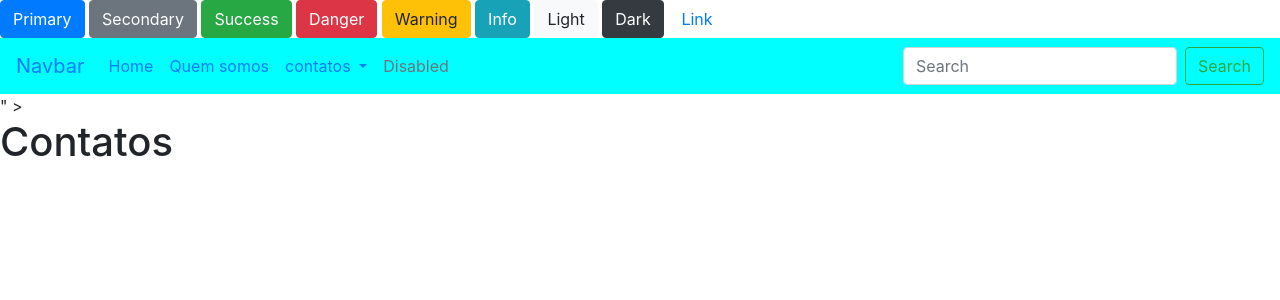
Repository: DaniloBaracho/bootstrap
Page: index.html
An editor plug-in stored every save of this project. The page is shown before and after the next save, followed by the edit.
The browser window is 1280 px wide. The pictures show the whole page.

Above is the page before, as saved 2020-05-31 17:15:52.

### index.html
<!DOCTYPE html>
<html lang="pt-br">
    <head>
        <meta charset="utf-8">
        <title>
            Usando bootstrap
        </title>
        <link rel="stylesheet", type="text/css", href="bootstrap/css/bootstrap.min.css">
        <link rel="stylesheet", type="text/css", href="css/style.css">
    </head>
    <body>
        <button type="button" class="btn btn-primary">Primary</button>
        <button type="button" class="btn btn-secondary">Secondary</button>
        <button type="button" class="btn btn-success">Success</button>
        <button type="button" class="btn btn-danger">Danger</button>
        <button type="button" class="btn btn-warning">Warning</button>
        <button type="button" class="btn btn-info">Info</button>
        <button type="button" class="btn btn-light">Light</button>
        <button type="button" class="btn btn-dark">Dark</button>
        <button type="button" class="btn btn-link">Link</button>
        <nav class="navbar navbar-expand-lg">
            <a class="navbar-brand" href="#">Navbar</a>
            <button class="navbar-toggler" type="button" data-toggle="collapse" data-target="#navbarSupportedContent" aria-controls="navbarSupportedContent" aria-expanded="false" aria-label="Toggle navigation">
              <span class="navbar-toggler-icon"></span>
            </button>

            <div class="collapse navbar-collapse" id="navbarSupportedContent">
              <ul class="navbar-nav mr-auto">
                <li class="nav-item active">
                  <a class="nav-link" href="#">Home <span class="sr-only">(current)</span></a>
                </li>
                <li class="nav-item">
                  <a class="nav-link" href="#">Quem somos</a>
                </li>
                <li class="nav-item dropdown">
                  <a class="nav-link dropdown-toggle" href="contatos" id="navbarDropdown" role="button" data-toggle="dropdown" aria-haspopup="true" aria-expanded="false">
                    contatos
                  </a>
                  <div class="dropdown-menu" aria-labelledby="navbarDropdown">
                    <a class="dropdown-item" href="#">Parceiros</a>
                    <a class="dropdown-item" href="#">Serviços</a>
                    <div class="dropdown-divider"></div>
                    <a class="dropdown-item" href="#">Something else here</a>
                  </div>
                </li>
                <li class="nav-item">
                  <a class="nav-link disabled" href="#" tabindex="-1" aria-disabled="true">Disabled</a>
                </li>
              </ul>
              <form class="form-inline my-2 my-lg-0">
                <input class="form-control mr-sm-2" type="search" placeholder="Search" aria-label="Search">
                <button class="btn btn-outline-success my-2 my-sm-0" type="submit">Search</button>
              </form>
            </div>
          </nav>
        <section id="contato">
          <div class="container-fluid contatos">

          </div>" >
            <h1>Contatos</h1>
          </div>
        </section>
    </body>
</html>

### css/style.css
.navbar{
    background-color: aqua;
}
.contatos{
    background-color: bisque;
}

Loaded but not shown: bootstrap/css/bootstrap.min.css (library)

After the next save:
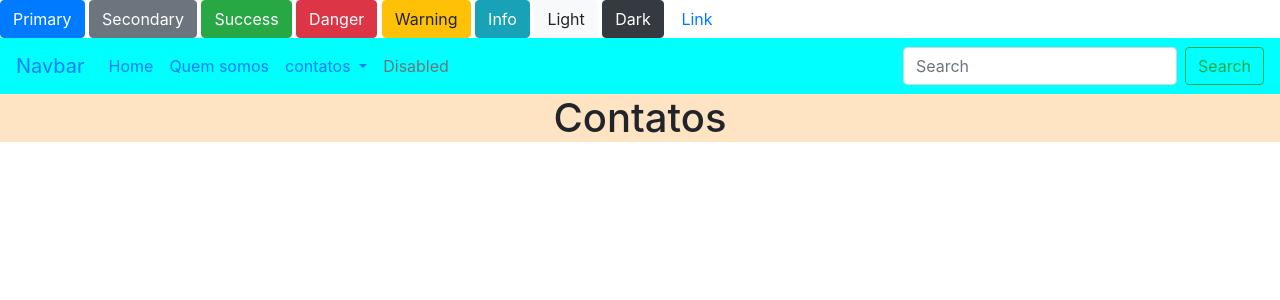
Saved 26 s later.
--- a/index.html
+++ b/index.html
@@ -54,9 +54,7 @@
             </div>
           </nav>
         <section id="contato">
-          <div class="container-fluid contatos">
-
-          </div>" >
+          <div class="container-fluid contatos text-center">
             <h1>Contatos</h1>
           </div>
         </section>
